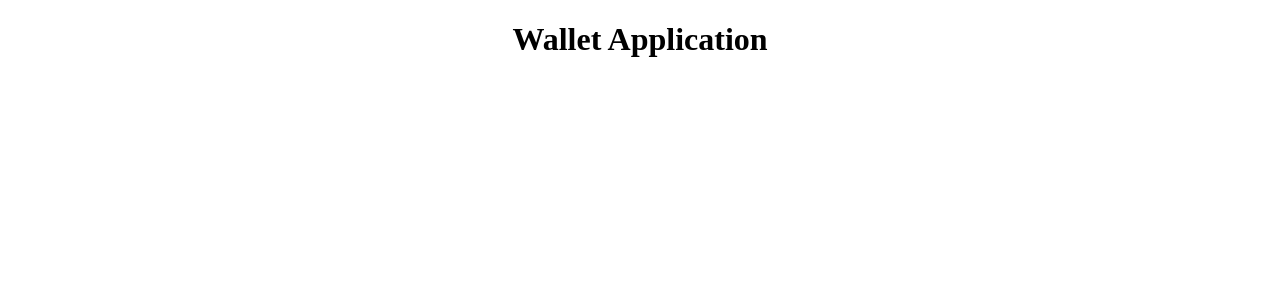
Repository: rosikraj/TurbifyTraining
Page: Wallet/WebContent/header.html
These files come from the project's save history. The page is drawn as it stood at one moment and after the next save; the edit follows.
The browser window is 1280 px wide. The pictures show the whole page.

Above is the page before, as saved 2023-09-24 05:38:49.

### Wallet/WebContent/header.html
<!DOCTYPE html>
<html>
<head>
<meta charset="ISO-8859-1">
<title>Wallet Application</title>
</head>
<body>
<center>
<h1>Wallet Application</h1>
</center>
</body>
</html>

After the next save:
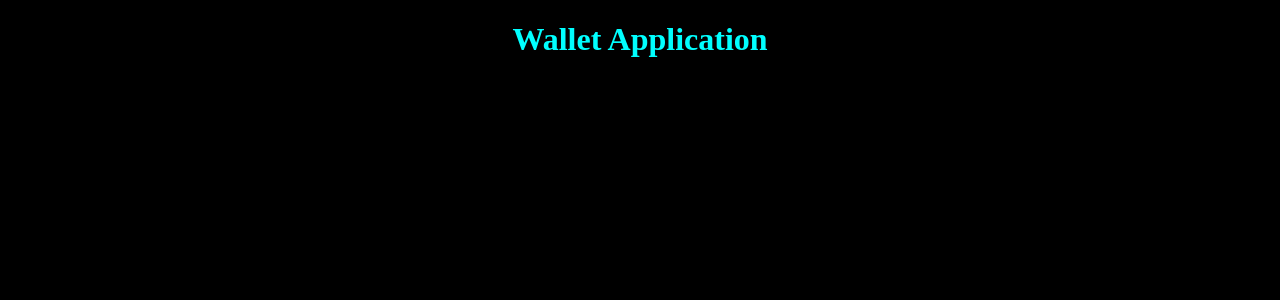
Saved 57 s later.
--- a/Wallet/WebContent/header.html
+++ b/Wallet/WebContent/header.html
@@ -4,7 +4,8 @@
 <meta charset="ISO-8859-1">
 <title>Wallet Application</title>
 </head>
-<body>
+<body bgcolor="black" text="cyan">
+
 <center>
 <h1>Wallet Application</h1>
 </center>
